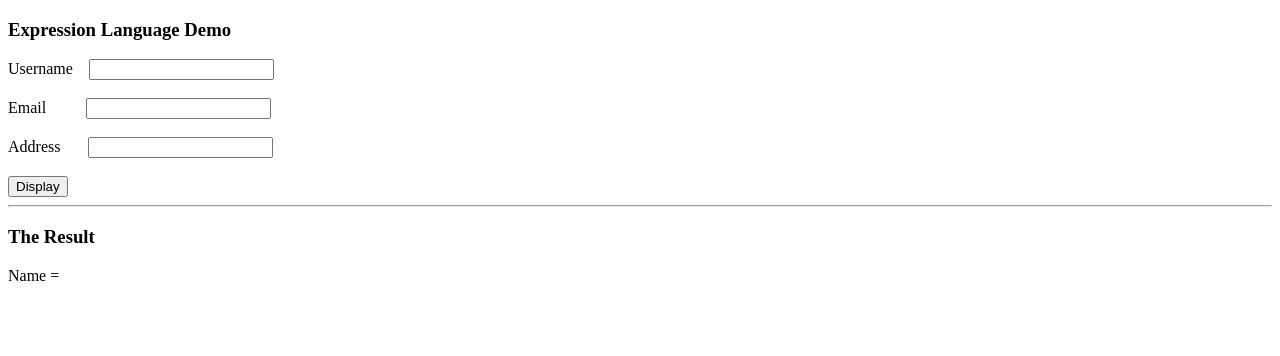
Repository: hnineiphyu-128/JavaEE_Exeercise_Lession
Page: http://localhost/05-EL/
These files come from the project's save history. The page is drawn as it stood at one moment and after the next save; the edit follows.
The browser window is 1280 px wide. The pictures show the whole page.
The page is served by Tomcat 9.

Above is the page before, as saved 2020-12-18 09:21:39.

After the next save:
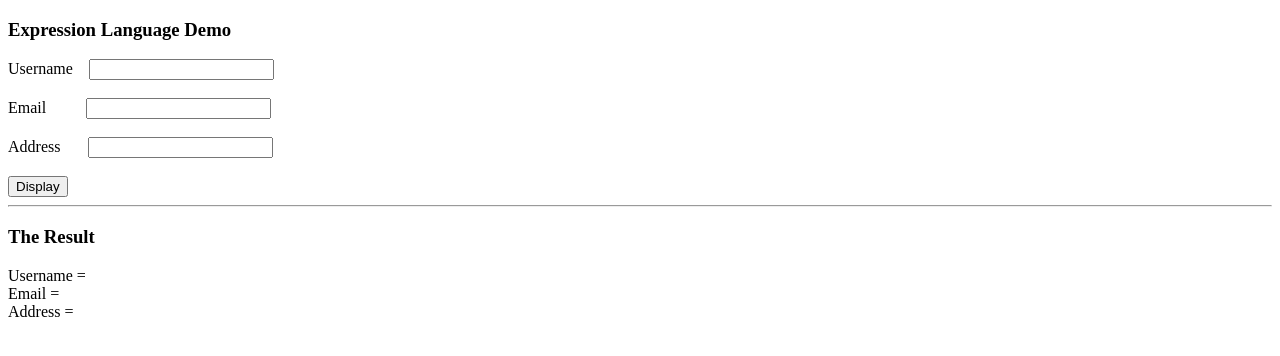
Saved 104 s later.
--- a/05-EL/src/main/webapp/index.jsp
+++ b/05-EL/src/main/webapp/index.jsp
@@ -14,11 +14,11 @@
 
 	<form action="" method="">
 		<label for="username"> Username &nbsp;&nbsp;</label>
-		<input type="text" name="username" id="username" > <br><br>
+		<input type="text" name="username" id="username" value="${param.username }" > <br><br>
 		<label for="email"> Email &nbsp;&nbsp;&nbsp;&nbsp;&nbsp;&nbsp;&nbsp;&nbsp;</label>
-		<input type="email" name="email" id="email" > <br><br>
+		<input type="email" name="email" id="email" value="${param.email }" > <br><br>
 		<label for="address"> Address &nbsp;&nbsp;&nbsp;&nbsp;&nbsp;</label>
-		<input type="text" name="address" id="address" > <br><br>
+		<input type="text" name="address" id="address" value="${param.address }" > <br><br>
 
 		<button type="submit"> Display </button>
 	</form>
@@ -26,7 +26,9 @@
 
 	<h3> The Result </h3>
 
-	Name = ${param.username }
+	Username = ${param.username } <br>
+	Email    = ${param.email } <br>
+	Address  = ${param.address } <br>
 
 
 
